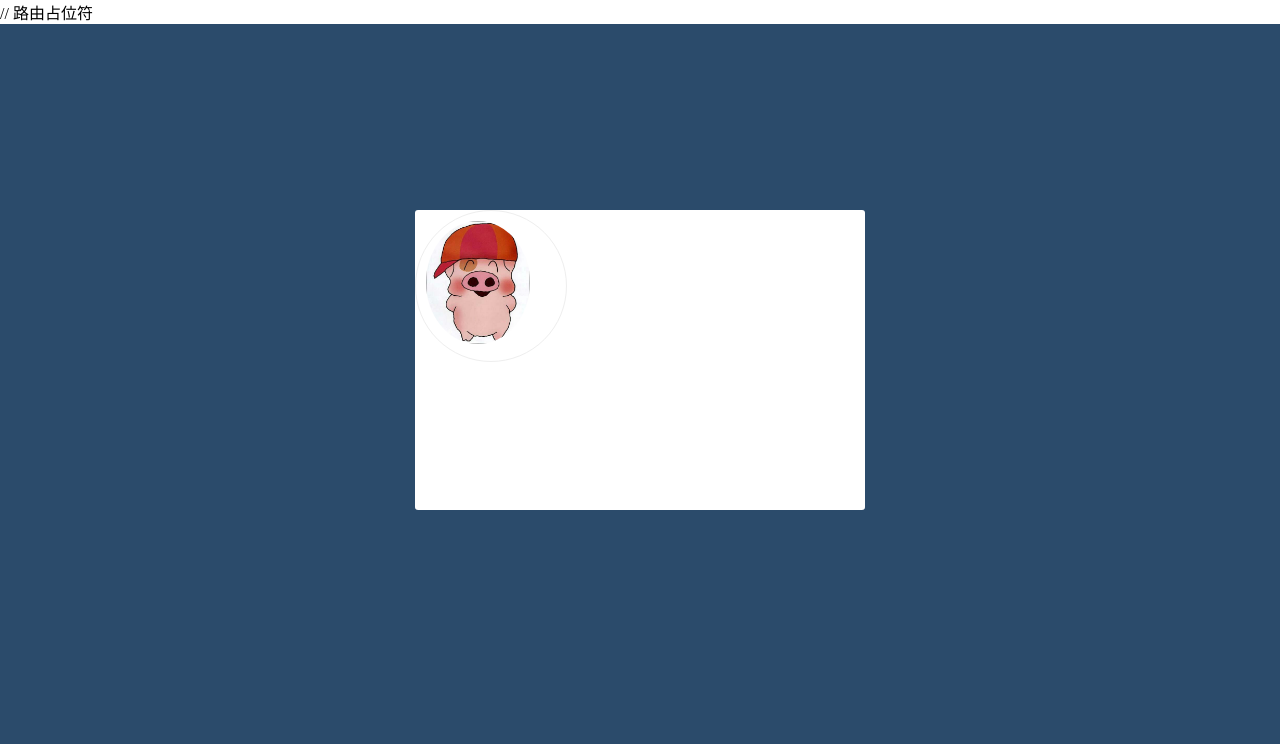
Repository: Japcy/onetwothree
Page: /
The author's editor kept a copy of each file at every save. The page is drawn from the files as they stood at one save, then again after the next save.
The browser window is 1280 px wide. The pictures show the whole page.
The project was rebuilt for these pictures with package versions that can differ from the ones it lists, and the page was loaded fresh each time.

Above is the page before, as saved 2020-02-28 23:41:32.

### src/main.js
import Vue from 'vue'
import App from './App.vue'
import router from './router'
import './plugins/element.js'
// 导入全局样式表
import './assets/css/global.css'

Vue.config.productionTip = false

new Vue({
  router,
  render: h => h(App)
}).$mount('#app')

### src/App.vue
<template>
  <div id="app">
    // 路由占位符
    <router-view></router-view>
  </div>
</template>

<script>

export default {
  name: 'app',
  components: {
  }
}
</script>

<style>

</style>

### src/router/index.js
import Vue from 'vue'
import VueRouter from 'vue-router'
import Login from '../components/Login.vue'

Vue.use(VueRouter)

const routes = [
  {
    path: '/',
    redirect: '/login'
  },
  {
    path: '/login',
    component: Login
  }
]

const router = new VueRouter({
  routes
})

export default router

### src/components/Login.vue
<template>
  <div class="login">
    <div class="login-box">
      <div class="avatar">
        <img src="../assets/img/logo.jpg" alt />
      </div>
    </div>
  </div>
</template>

<script type="text/ecmascript-6">
export default {
  name: 'login',
  data () {
    return {}
  },
  components: {},
  methods: {}
}
</script>

<style lang="less" scoped>
.login {
  background-color: #2b4b6b;
  height: 100%;
}
.login-box {
  width: 450px;
  height: 300px;
  background-color: #fff;
  border-radius: 3px;
  position: absolute;
  left: 50%;
  top: 50%;
  transform: translate(-50%, -50%);

  .avatar {
    width: 130px;
    height: 130px;
    padding: 10px;
    border: 1px solid #eee;
    border-radius: 50%;
    img {
      width: 80%;
      height: auto;
      border-radius: 50%;
    }
  }
}
</style>

Loaded but not shown: public/index.html (common file); src/plugins/element.js (common file); src/assets/css/global.css (common file)

After the next save:
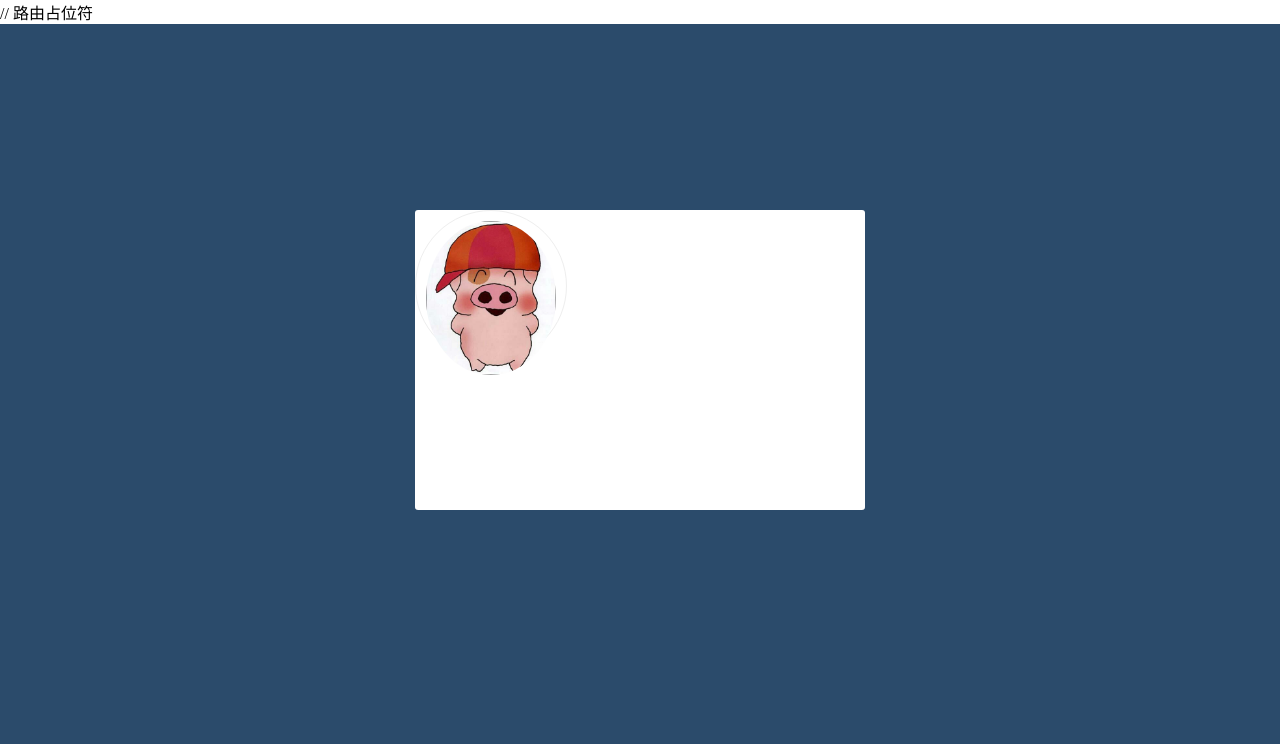
Saved 30 s later.
--- a/src/components/Login.vue
+++ b/src/components/Login.vue
@@ -41,9 +41,10 @@
     border: 1px solid #eee;
     border-radius: 50%;
     img {
-      width: 80%;
+      width: 100%;
       height: auto;
       border-radius: 50%;
+      background-color: #eee;
     }
   }
 }
